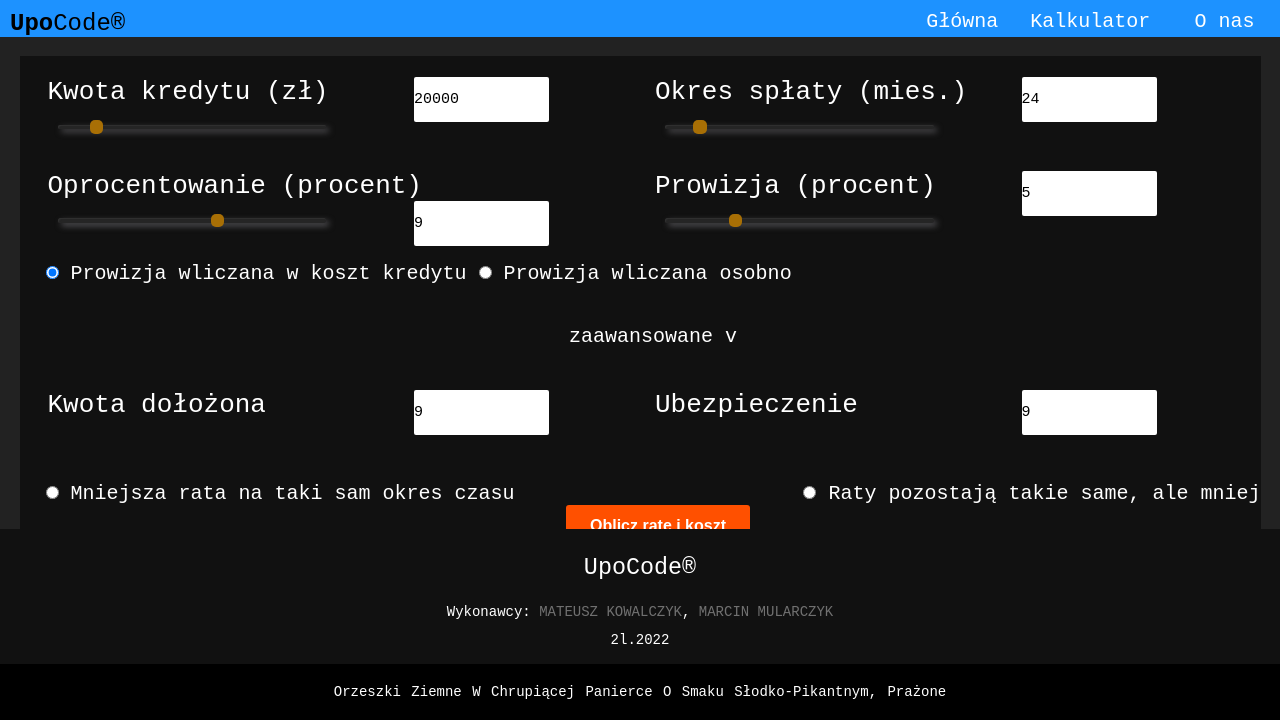
Repository: Klemingway/egzamin
Page: kalkulator.html
These files come from the project's save history. The page is drawn as it stood at one moment and after the next save; the edit follows.
The browser window is 1280 px wide. The pictures show the whole page.

Above is the page before, as saved 2023-01-25 12:18:37.

After the next save:
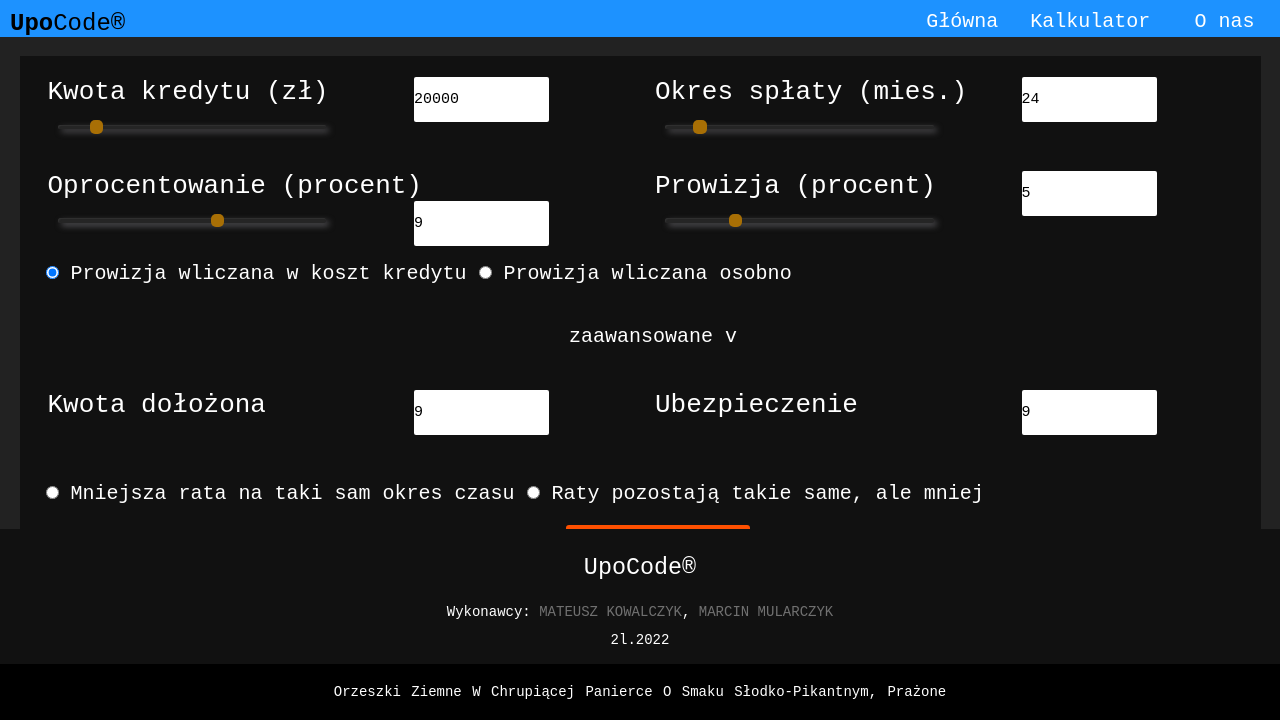
Saved 19 s later.
--- a/style/styl.css
+++ b/style/styl.css
@@ -107,11 +107,11 @@ header {
     /* background-color: gold; */
 }
 
-#l1 {
+.l1 {
     float: left;
 }
 
-#l2 {
+.l2 {
     float: right;
 }
 

After the save that followed:
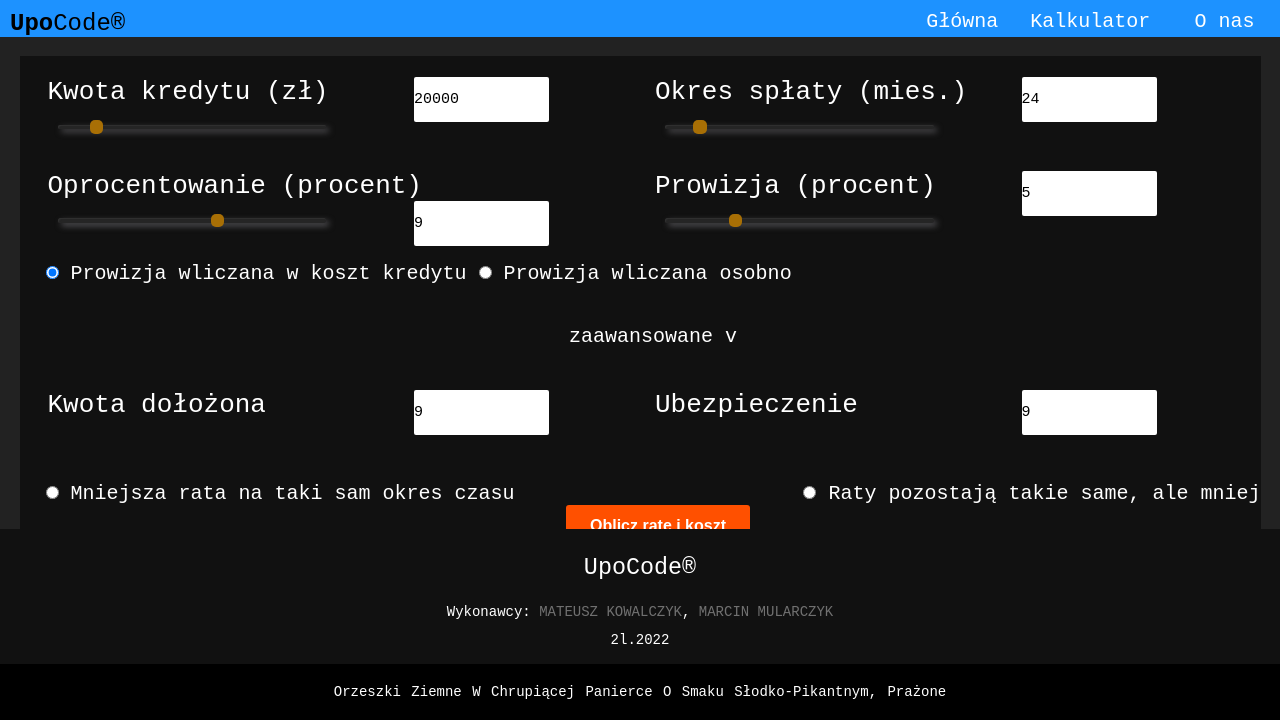
Saved 13 s later.
--- a/kalkulator.html
+++ b/kalkulator.html
@@ -71,11 +71,11 @@
         <input type="text" name="ubezpieczenie" pattern="[0-9]" id="ubezpieczenie" class="wej" value="9">
     </div>
     <div id="d10" class="dradio">
-        <label id="l1">
+        <label class="l1">
             <input type="radio" name="choice2" class="radio" value="rat_tyle_samo">
             Mniejsza rata na taki sam okres czasu
         </label>
-        <label id="l2">
+        <label class="l2">
             <input type="radio" name="choice2" class="radio" value="rat_mniej">
             Raty pozostają takie same, ale mniej
         </label>
